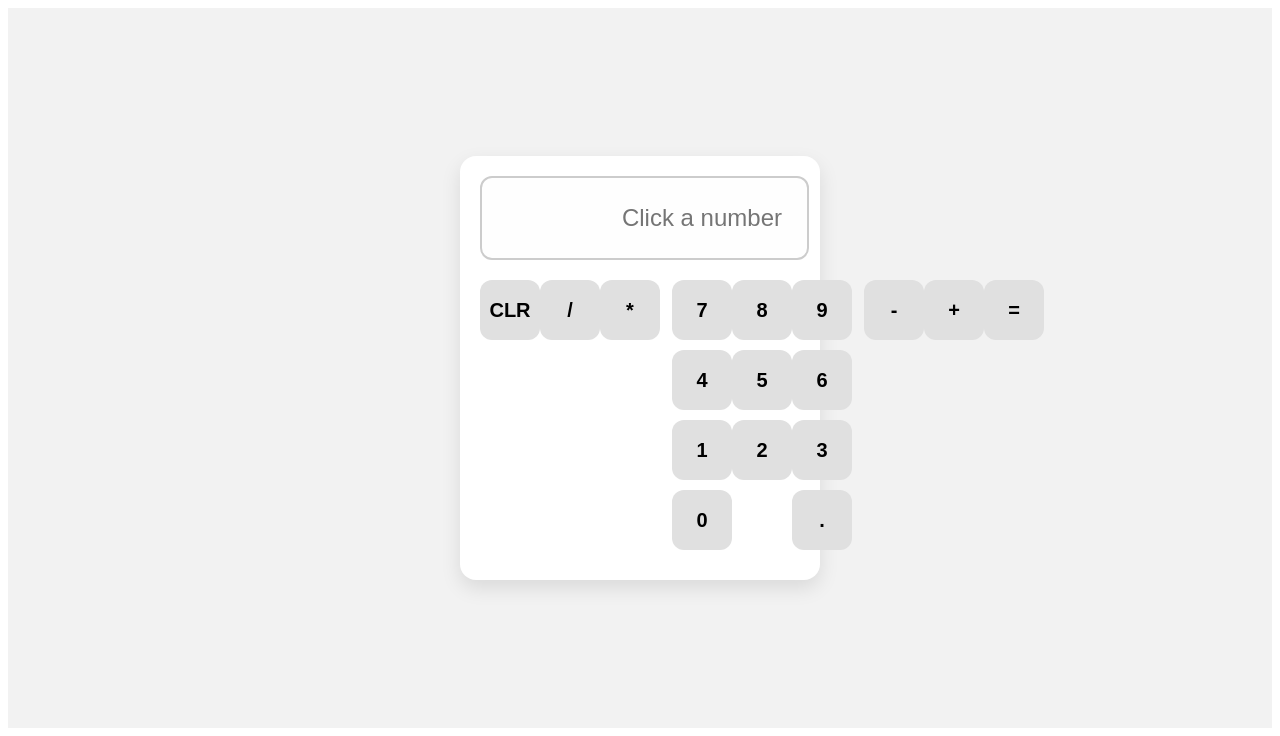
Repository: Marivic-SLRS/ReactJS-Basic-Calculator
Page: /
An editor plug-in stored every save of this project. The page is shown before and after a run of saves, followed by the edit.
The browser window is 1280 px wide. The pictures show the whole page.
The project was rebuilt for these pictures with package versions that can differ from the ones it lists, and the page was loaded fresh each time.

Above is the page before, as saved 2025-07-30 17:36:26.

### src/index.js
import React from 'react';
import ReactDOM from 'react-dom/client';
import App from './App';


const root = ReactDOM.createRoot(document.getElementById('root'));
root.render(
    <App />

);

### src/App.js
import Calculator from "./Components/Calculator";


function App() {
  return <Calculator/>
}

export default App;

### src/Components/Calculator.js
import React from 'react';
import '../Assets/Calculator.css';

function Calculator() {
  return (
    <div className='container'>
        <form className='form'>

            <div className='monitor-container'>
                <input
                    className='monitor'
                    type='number'
                    placeholder='Click a number'
                    readOnly
                    disabled
                />
            </div>

            <div className='btns-container'>
                    <div className='first-layer'>
                            <button>CLR</button>
                            <button>/</button>
                            <button>*</button>
                    </div>
                    <div className='second-layer'>
                        <div>
                            <button>7</button>
                            <button>8</button>
                            <button>9</button>
                        </div>
                        <div>
                            <button>4</button>
                            <button>5</button>
                            <button>6</button>
                        </div>

                        <div>
                            <button>1</button>
                            <button>2</button>
                            <button>3</button>
                        </div>

                        <div>
                            <button>0</button>
                            <button>.</button>
                        </div>
                    </div>
                    <div className='third-layer'>
                            <button>-</button>
                            <button>+</button>
                            <button>=</button>
                    </div>

            </div>

        </form>

    </div>
  )
}

export default Calculator

### src/Assets/Calculator.css

.container {
  display: flex;
  justify-content: center;
  align-items: center;
  height: 100vh;
  background-color: #f2f2f2;
}


.form {
  background-color: #fff;
  padding: 20px;
  border-radius: 16px;
  box-shadow: 0 8px 20px rgba(0, 0, 0, 0.1);
  width: 320px;
}


.monitor-container {
  margin-bottom: 20px;
  padding-right: 15px;

}

.monitor {
  width: 100%;
  height: 60px;
  font-size: 24px;
  padding: 10px;
  border-radius: 12px;
  border: 2px solid #ccc;
  text-align: right;
  background-color: #fefefe;

}

/* Buttons container */
.btns-container {
  display: flex;
  flex-direction: row;
  gap: 12px;
}

/* First and third layer styles */
.first-layer,
.third-layer {
  display: flex;
  justify-content: space-between;
}

/* Second layer (numbers) grid */
.second-layer > div {
  display: flex;
  justify-content: space-between;
  margin-bottom: 10px;
}

/* Button styles */
button {
  width: 60px;
  height: 60px;
  font-size: 20px;
  font-weight: bold;
  border: none;
  border-radius: 12px;
  background-color: #e0e0e0;
  cursor: pointer;
  transition: background-color 0.2s ease;
}

button:hover {
  background-color: #d1d1d1;
}

Loaded but not shown: public/index.html (common file)

After the next 3 saves:
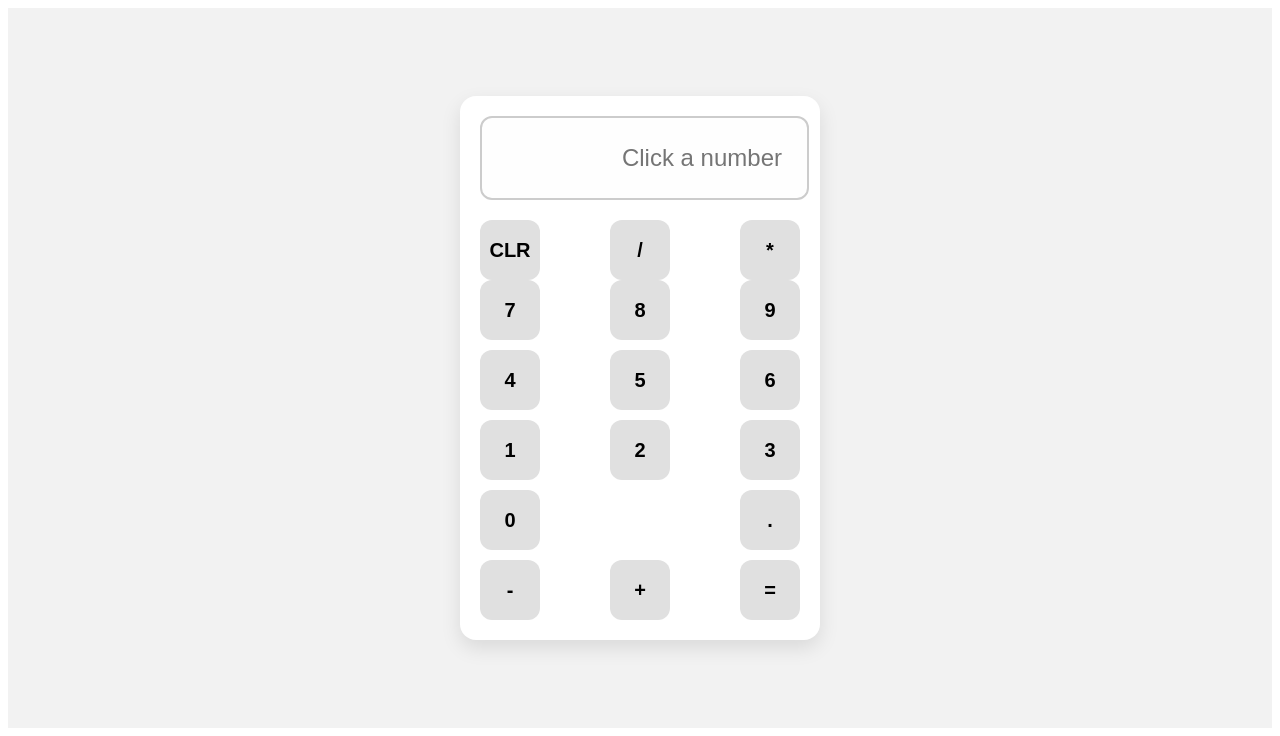
The 3 saves are shown as one change because they came seconds apart.
The last was saved 24 s later.
--- a/src/Components/Calculator.js
+++ b/src/Components/Calculator.js
@@ -16,7 +16,7 @@ function Calculator() {
                 />
             </div>
 
-            <div className='btns-container'>
+
                     <div className='first-layer'>
                             <button>CLR</button>
                             <button>/</button>
@@ -51,7 +51,7 @@ function Calculator() {
                             <button>=</button>
                     </div>
 
-            </div>
+
 
         </form>
 
